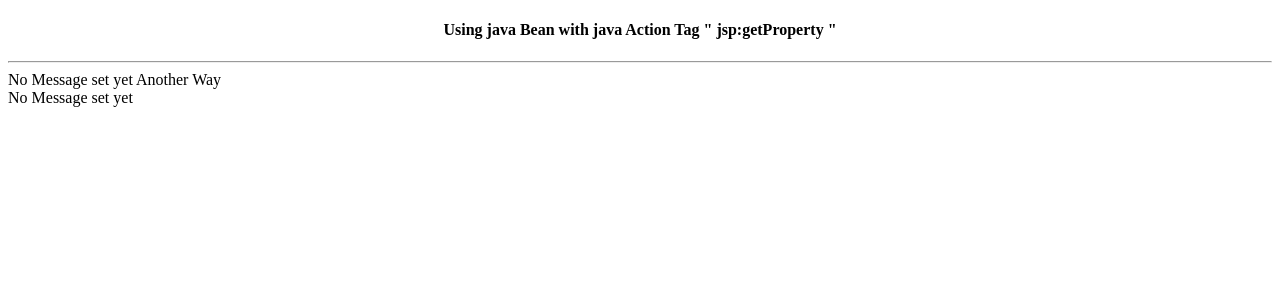
Repository: imrangthub/BlogUsingCoreJava
Page: http://localhost/StartingJsp_00/usingBeanWithActionTag.jsp
The author's editor kept a copy of each file at every save. The page is drawn from the files as they stood at one save, then again after the next save.
The browser window is 1280 px wide. The pictures show the whole page.
The page is served by Tomcat 9. Other server files are loaded and not shown.

Above is the page before, as saved 2016-12-24 04:18:42.

### StartingJsp_00/WebContent/usingBeanWithActionTag.jsp
<%@ page language="java" contentType="text/html; charset=ISO-8859-1"
    pageEncoding="ISO-8859-1"%>
<!DOCTYPE html PUBLIC "-//W3C//DTD HTML 4.01 Transitional//EN" "http://www.w3.org/TR/html4/loose.dtd">
<html>
<head>
<meta http-equiv="Content-Type" content="text/html; charset=ISO-8859-1">
<title>usingJavaBeanWithJavaActionTag</title>
</head>
<body>
<h4 align="center"> Using java Bean with java Action Tag " jsp:getProperty "</h4>
<hr>

<!-- Creating Object -->
 <jsp:useBean id="messageObj" class="usebean.MessageBean" scope="request"></jsp:useBean>

<!-- woy One -->
 <jsp:getProperty property="message" name="messageObj"></jsp:getProperty>
 <!-- woy two --> Another Way<br/>
 <%= messageObj.getMessage() %>


</body>
</html>

### StartingJsp_00/src/usebean/MessageBean.java
package usebean;

public class MessageBean {
	private String message="No Message set yet";

	public String getMessage(){
		return message;
	}

	public void setMessage(String message){
		this.message = message;
	}

}

After the next save:
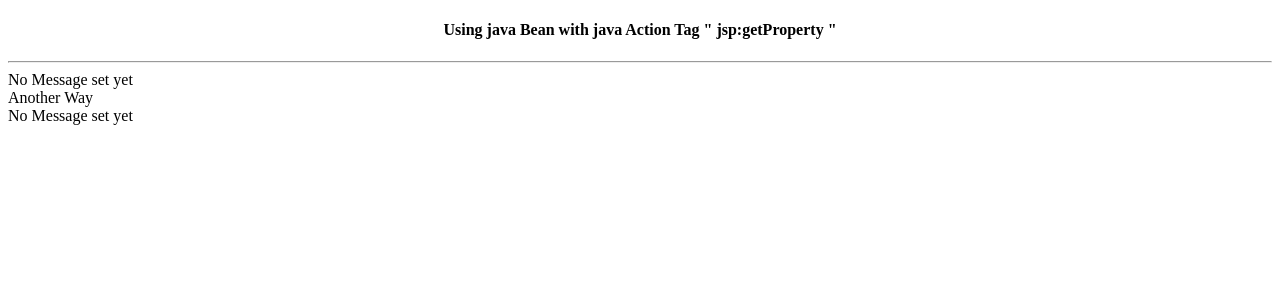
Saved 16 s later.
--- a/StartingJsp_00/WebContent/usingBeanWithActionTag.jsp
+++ b/StartingJsp_00/WebContent/usingBeanWithActionTag.jsp
@@ -15,7 +15,7 @@
 
 <!-- woy One -->
  <jsp:getProperty property="message" name="messageObj"></jsp:getProperty>
- <!-- woy two --> Another Way<br/>
+ <!-- woy two --> <br/>Another Way<br/>
  <%= messageObj.getMessage() %>
 
 
